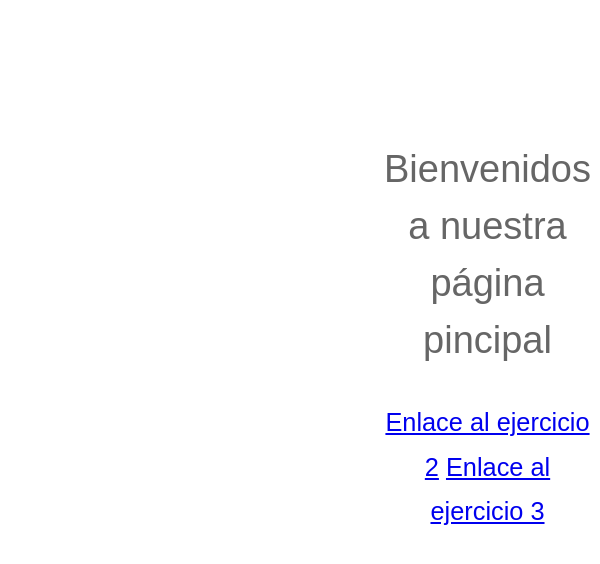
Repository: conmarred/Ejercicio4-Web
Page: Ejercicio4Web/src/main/webapp/index.html
An editor plug-in stored every save of this project. The page is shown before and after the next save, followed by the edit.
The browser window is 600 px wide. The pictures show the whole page.
Some web fonts or font styles are not loaded; a fallback is used.

Above is the page before, as saved 2022-03-09 12:17:04.

### Ejercicio4Web/src/main/webapp/index.html
<!DOCTYPE html>
<html>
<head>
	<meta charset="UTF-8">
	<title>Pagina principal</title>
	<link rel="stylesheet" href="css/estilos.css">
</head>
<body>
	<div id="main">

		<section id="top">
			<div class="container">
			<h1>Bienvenidos a nuestra página pincipal</h1>
	<a href="ejercicio2.html">Enlace al ejercicio 2</a>
	<a href="ejercicio3.html">Enlace al ejercicio 3</a>
			</div>
		</section>
	</div>

</body>
</html>

### Ejercicio4Web/src/main/webapp/css/estilos.css
@import url("fontawesome-all.min.css");
@import url("https://fonts.googleapis.com/css?family=Source+Sans+Pro:300,300italic,400,600");


/* Basic */

html {
	box-sizing: border-box;
}


body {
	background: #fff;
	font-family: 'Source Sans Pro', sans-serif;
	font-size: 19pt;
	font-weight: 300;
	line-height: 1.75em;
}

h1 {
	font-weight: 300;
	color: #666;
	line-height: 1.5em;
}

.container {
	margin: 0 auto;
	max-width: 100%;
	width: 1400px;
}

/* Header */

#header {

    display: flex;
    flex-direction: column;
    justify-content: space-between;
    background: #db8b12;
    color: #fff;
    height: 100%;
    left: 0;
    overflow-y: auto;
    position: fixed;
    text-align: left;
    top: 0;
    width: 375px;
}

    #header .top {
        flex-grow: 1;
    }
/* Main */
#main {
    margin-left: 375px;
}

    #main > section {
        margin: 0;
        overflow: hidden;
        padding: 4em 0;
        text-align: center;
    }

After the next save:
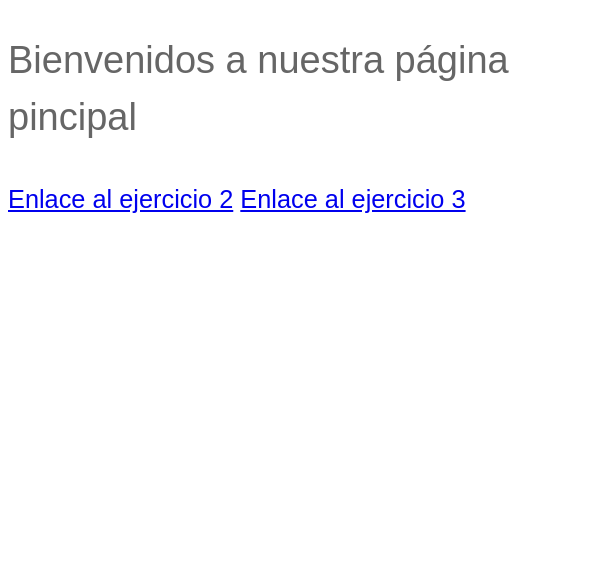
Saved 36 s later.
--- a/Ejercicio4Web/src/main/webapp/css/estilos.css
+++ b/Ejercicio4Web/src/main/webapp/css/estilos.css
@@ -17,11 +17,15 @@ body {
 	line-height: 1.75em;
 }
 
+
 h1 {
 	font-weight: 300;
 	color: #666;
 	line-height: 1.5em;
 }
+
+
+/* Container */
 
 .container {
 	margin: 0 auto;
@@ -29,35 +33,17 @@ h1 {
 	width: 1400px;
 }
 
-/* Header */
+@media screen and (max-width: 700px) {
 
-#header {
+	.container {
+		width: 100%;
+	}
 
-    display: flex;
-    flex-direction: column;
-    justify-content: space-between;
-    background: #db8b12;
-    color: #fff;
-    height: 100%;
-    left: 0;
-    overflow-y: auto;
-    position: fixed;
-    text-align: left;
-    top: 0;
-    width: 375px;
 }
 
-    #header .top {
-        flex-grow: 1;
-    }
-/* Main */
-#main {
-    margin-left: 375px;
+
+/* Section */
+
+section {
+	margin-bottom: 3em;
 }
-
-    #main > section {
-        margin: 0;
-        overflow: hidden;
-        padding: 4em 0;
-        text-align: center;
-    }
